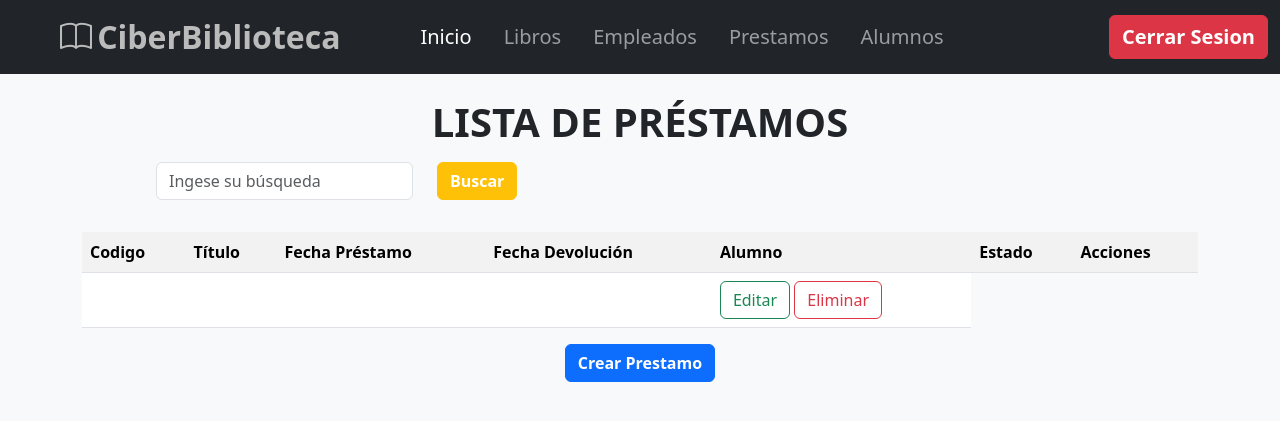
Repository: WilmerOcampo/LP1_Biblioteca
Page: http://localhost/Proyecto/listaPrestamos.jsp
These files come from the project's save history. The page is drawn as it stood at one moment and after the next save; the edit follows.
The browser window is 1280 px wide. The pictures show the whole page.
The page is served by Tomcat 10.

Above is the page before, as saved 2023-05-31 17:19:45.

After the next save:
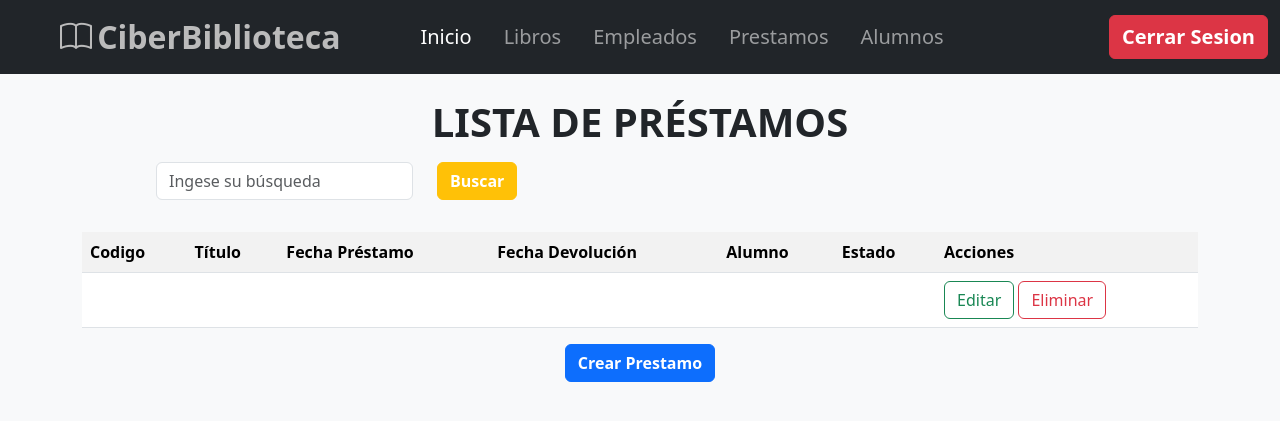
Saved 11 s later.
--- a/Proyecto/src/main/webapp/listaPrestamos.jsp
+++ b/Proyecto/src/main/webapp/listaPrestamos.jsp
@@ -87,6 +87,8 @@
                 <td></td>
                 <td></td>
                 <td></td>
+                <td></td>
+                <td></td>
                 <td><a class="btn btn-outline-success" href="">Editar</a>
                     <a class="btn btn-outline-danger" href="#" onclick="confirmarEliminacion()">Eliminar</a>
                 </td>
